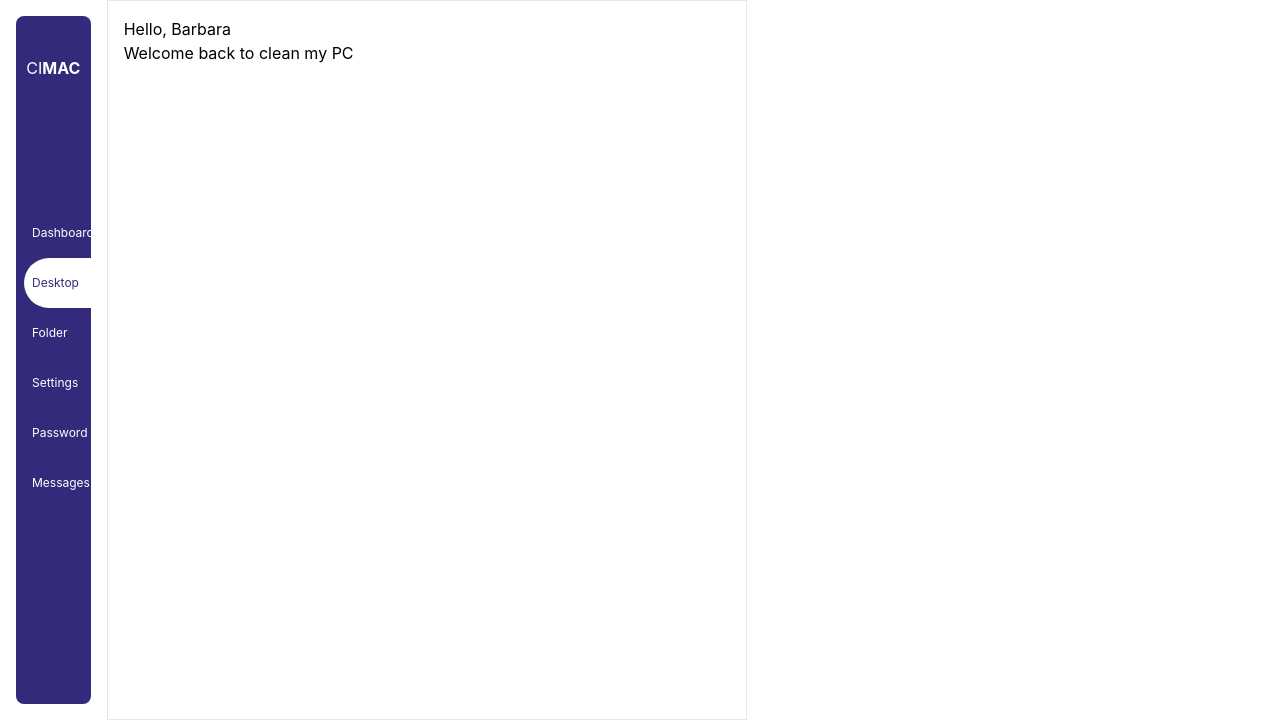
Repository: charleyvibez/experiment-Utility-software-UI
Page: index.html
The author's editor kept a copy of each file at every save. The page is drawn from the files as they stood at one save, then again after a run of saves.
The browser window is 1280 px wide. The pictures show the whole page.

Above is the page before, as saved 2020-03-17 23:46:10.

After the next 2 saves:
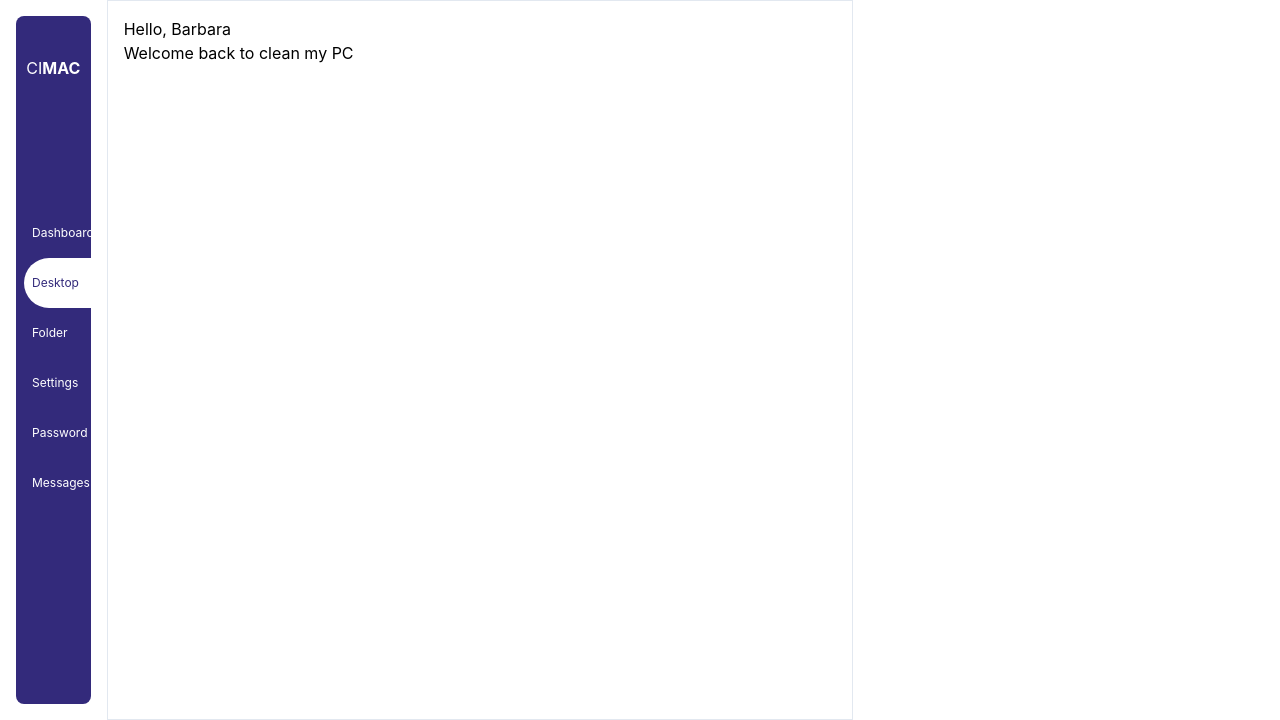
The 2 saves are shown as one change because they came seconds apart.
The last was saved 11 s later.
--- a/index.html
+++ b/index.html
@@ -28,7 +28,7 @@
 
     </aside>
 
-  <main class="w-6/12 p-4 h-screen border">
+  <main class="w-7/12 p-4 h-screen border">
     <div class="main-container">
       <div class="hello">
         <h1>Hello, Barbara</h1>
